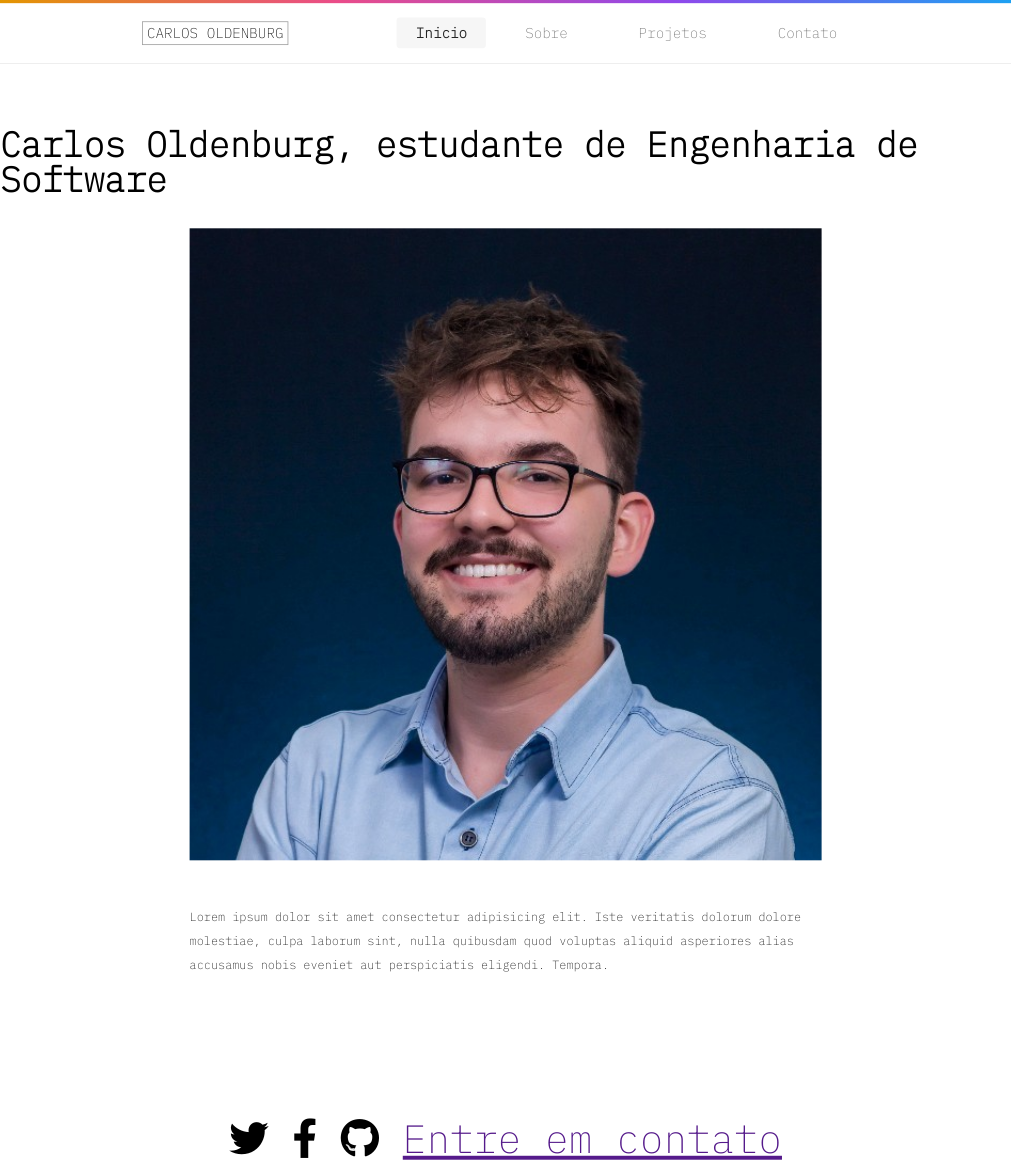
Repository: Carolden/PortfolioCrie
Page: index.html
These files come from the project's save history. The page is drawn as it stood at one moment and after the next save; the edit follows.
The browser window is 1280 px wide. The pictures show the whole page, at 79% of full size.

Above is the page before, as saved 2023-05-22 13:18:43.

After the next save:
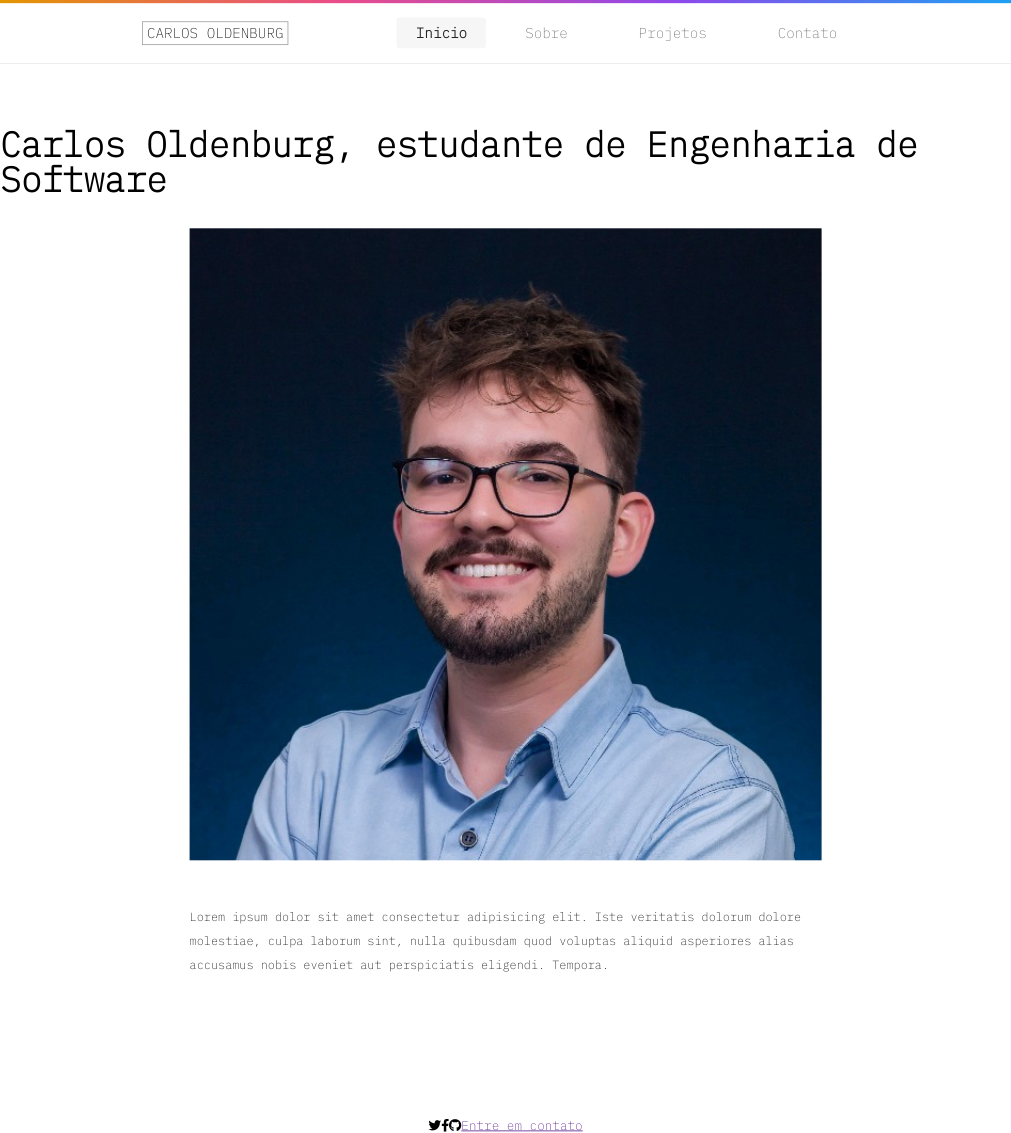
Saved 31 s later.
--- a/styles/components/section__contact.css
+++ b/styles/components/section__contact.css
@@ -1,3 +1,3 @@
 .section__contact {
-    font-size: 50px;
+    display: flex;
 }
